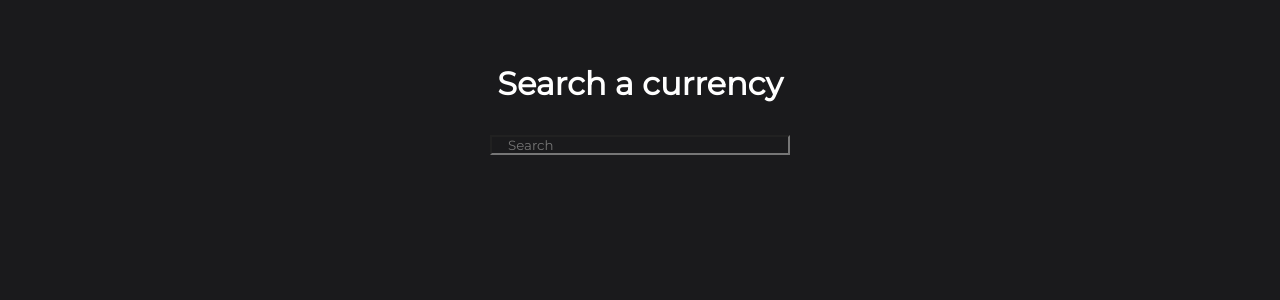
Repository: azizdeghais/Cryptocurrency
Page: /
An editor plug-in stored every save of this project. The page is shown before and after the next save, followed by the edit.
The browser window is 1280 px wide. The pictures show the whole page.
The page's requests for data from a server got no answer. The project was rebuilt for these pictures with package versions that can differ from the ones it lists, and the page was loaded fresh each time. No one was signed in, and anything a server would have sent is missing. Also part of the build but not shown: src/Coins.css, src/Coin.js.

Above is the page before, as saved 2022-11-11 21:41:28.

### src/App.js
import React, { useState, useEffect } from "react";
import "./App.css";
import axios from "axios";
import Coin from "./Coin";

function App() {

const [coins, setCoins]=useState([]);
const [search,setSearch]=useState('');

  useEffect(() => {
    axios.get(
      "https://api.coingecko.com/api/v3/coins/markets?vs_currency=eur&order=market_cap_desc&per_page=100&page=1&sparkline=false"
    ).then(res => {
      setCoins(res.data);
      console.log(res.data);
    }).catch(error=> console.log(error))
  },[]);

  const handleChange = e=>{
  setSearch(e.target.value);
  }

  const filteredCoins= coins.filter ( coin =>
    coin.name.toLowerCase().includes(search.toLowerCase())
  )

  return(
  <div className="coin-app">
    <div className="coin-search">
      <h1 className="coin-text">Search a currency</h1>
      <form>
        <input type="text" className="coin-input" placeholder="Search" onChange={handleChange}/>
      </form>
    </div>
    {filteredCoins.map(coin=>{
      return (
        <Coin key={coin.id}
            name={coin.name}
             image={coin.image}
             symbol={coin.symbol}
             price={coin.current_price}
             volume={coin.total_volume}
             priceChange={coin.price_change_percentage_24h}
             marketcap={coin.market_cap}
             />
      )
    })}
  </div>
  );
}

export default App;

### src/App.css
@import url('https://fonts.googleapis.com/css2?family=Montserrat&display=swap');

*{
  box-sizing: border-box;
  margin: 0;
  padding: 0;
  font-family: 'Montserrat',sans-serif;
  background-color: #1a1a1c;
  color:#fff;
}
.coin-app{
  display: flex;
  flex-direction: column;
  align-items: center;
  margin-top: 64px;
  color:#fff
}
.coin-search{
  margin-bottom: 64px;
  display:flex;
  flex-direction: column;
  justify-content: center;
  align-items: center;
}
.coin-text{
  margin-bottom: 32px;
  text-align: center;
}
.coin-input{
  padding-left: 16px;
  width:300px
}

Loaded but not shown: public/index.html (common file); src/index.js (common file)

After the next save:
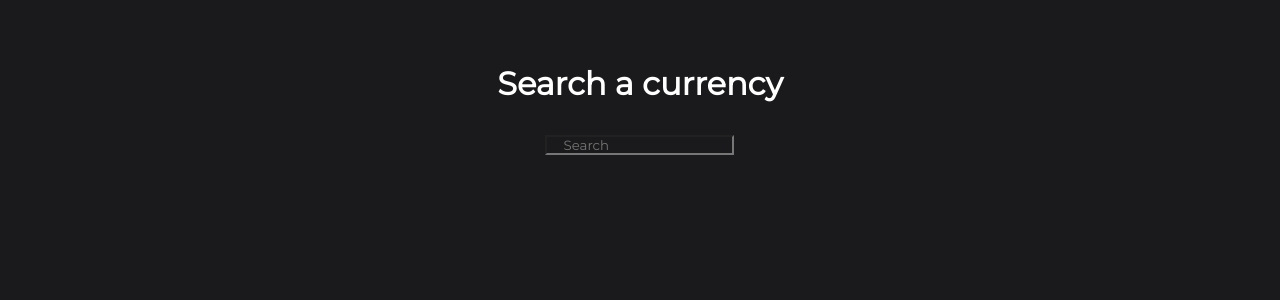
Saved 4 s later.
--- a/src/App.css
+++ b/src/App.css
@@ -29,4 +29,5 @@
 .coin-input{
   padding-left: 16px;
   width:300px
+  height:50px
 }
